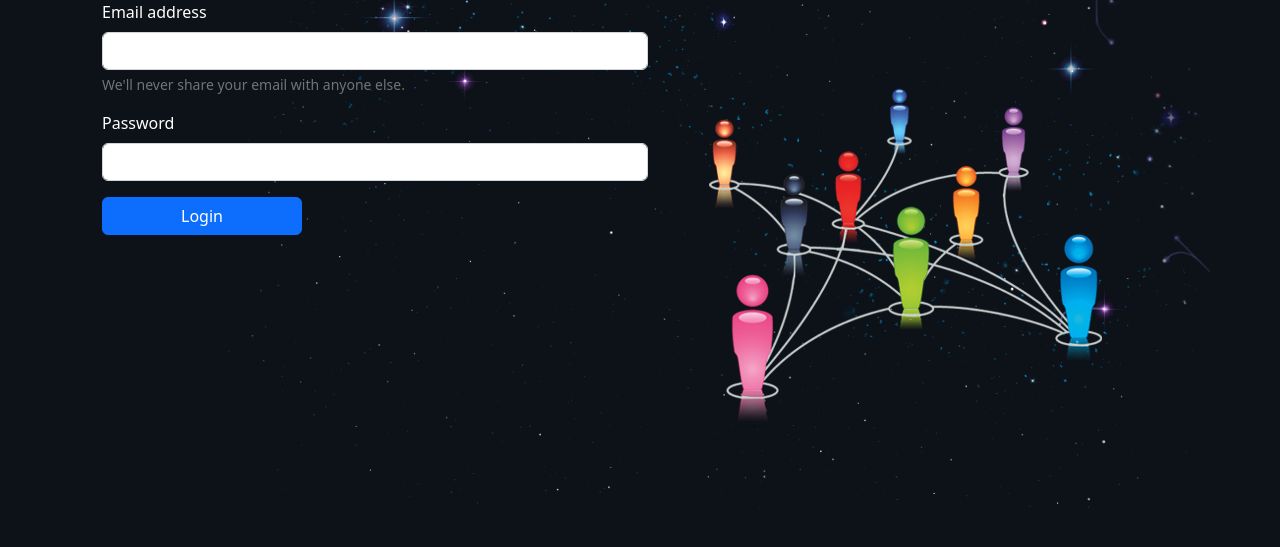
Repository: jaseem1999/sdCommunity
Page: http://localhost/sdCommunity/Login.jsp
An editor plug-in stored every save of this project. The page is shown before and after the next save, followed by the edit.
The browser window is 1280 px wide. The pictures show the whole page.
The page is served by Tomcat 9.

Above is the page before, as saved 2023-09-24 08:58:10.

After the next save:
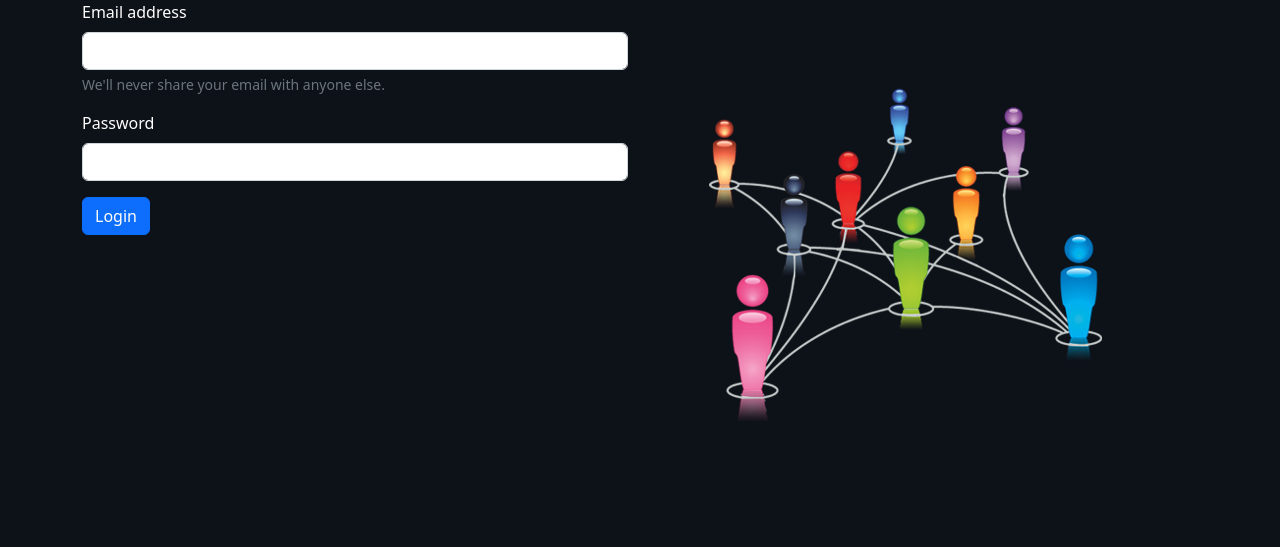
Saved 63 s later.
--- a/sdCommunity/src/main/webapp/Login.jsp
+++ b/sdCommunity/src/main/webapp/Login.jsp
@@ -10,34 +10,6 @@
 <link href="https://cdn.jsdelivr.net/npm/bootstrap@5.2.3/dist/css/bootstrap.min.css" rel="stylesheet" integrity="sha384-rbsA2VBKQhggwzxH7pPCaAqO46MgnOM80zW1RWuH61DGLwZJEdK2Kadq2F9CUG65" crossorigin="anonymous">
 <script src="https://cdn.jsdelivr.net/npm/bootstrap@5.2.3/dist/js/bootstrap.bundle.min.js" integrity="sha384-kenU1KFdBIe4zVF0s0G1M5b4hcpxyD9F7jL+jjXkk+Q2h455rYXK/7HAuoJl+0I4" crossorigin="anonymous"></script>
 
-<style type="text/css">
-
-	.container{
-		background-image: url("./css/img/bg-stars-1.webp");
-		background-repeat: no-repeat;
-    	background-position: center;
-    	background-size: cover;
- 		width: 100%;
-    	height: auto;
-	}
-	label, input{
-		margin-left: 20px;
-		margin-right: 10px;
-		width: 200px;
-
-	}
-	button {
-		margin-left: 20px;
-		margin-right: 10px;
-		width: 200px;
-
-	}
-	.form-text{
-		margin-left: 20px;
-		margin-right: 10px;
-	}
-
-</style>
 
 </head>
 <body class="bdy">
